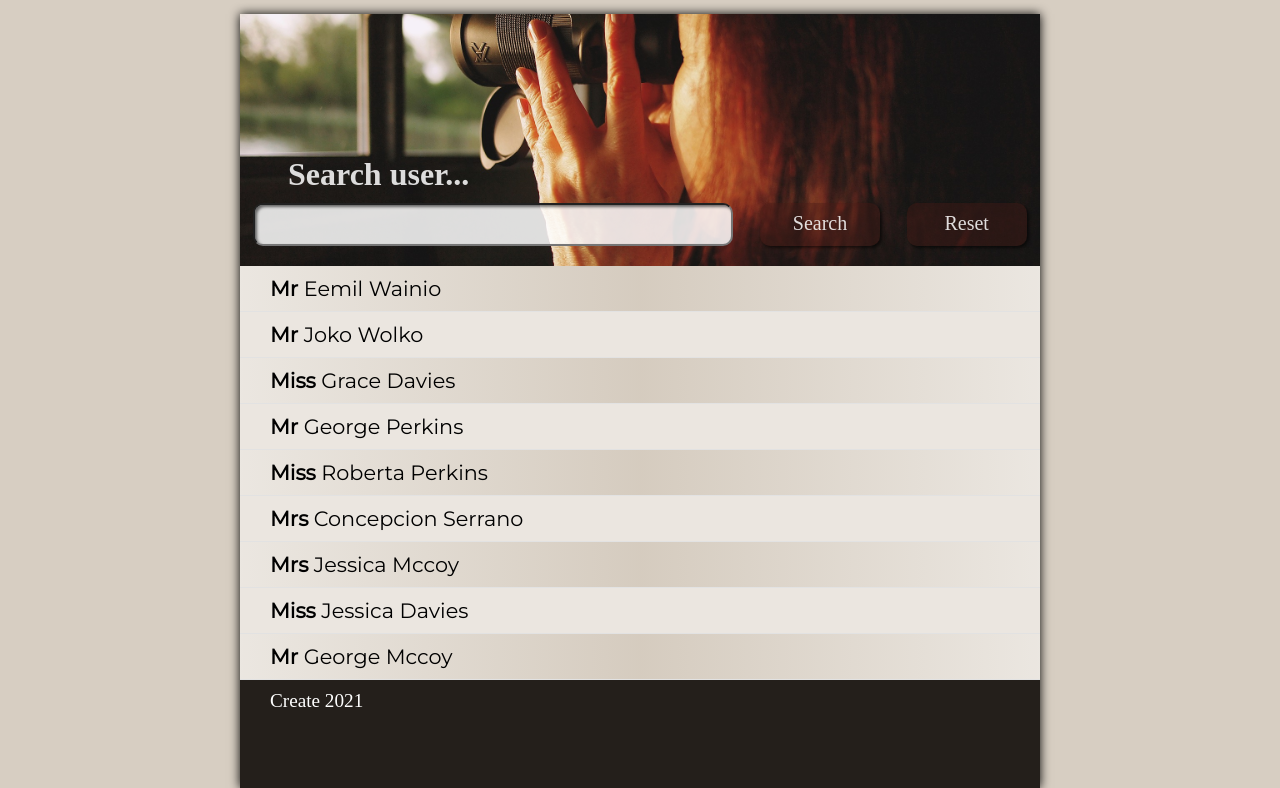
Repository: KrzysKolo/sr_tydzien5_zad4
Page: /
An editor plug-in stored every save of this project. The page is shown before and after the next save, followed by the edit.
The browser window is 1280 px wide. The pictures show the whole page.
Some web fonts or font styles are not loaded; a fallback is used. The project was rebuilt for these pictures with package versions that can differ from the ones it lists, and the page was loaded fresh each time.

Above is the page before, as saved 2021-01-03 14:54:06.

After the next save:
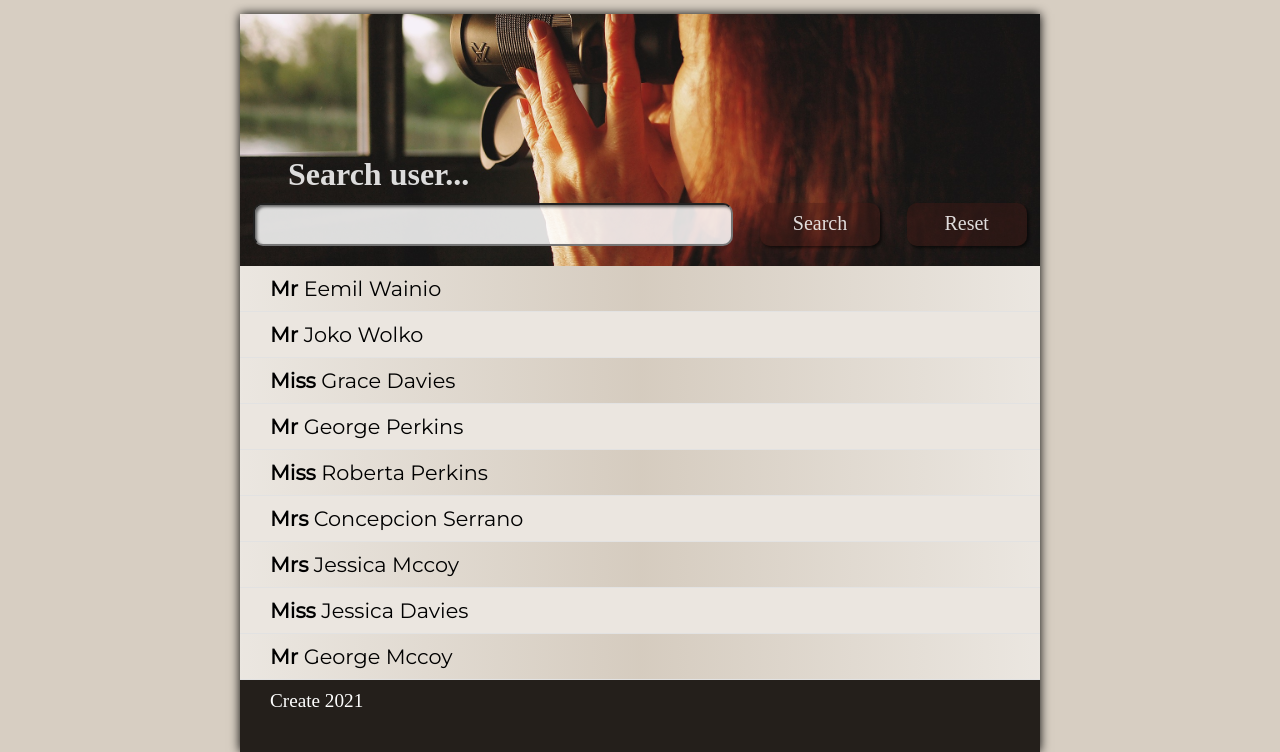
Saved 12 s later.
--- a/src/App.css
+++ b/src/App.css
@@ -82,5 +82,5 @@ section {
   font-size: 1.2rem;
   padding: 10px 30px;
   width: 100%;
-  height: 15vh;
+  height: 10vh;
 }
